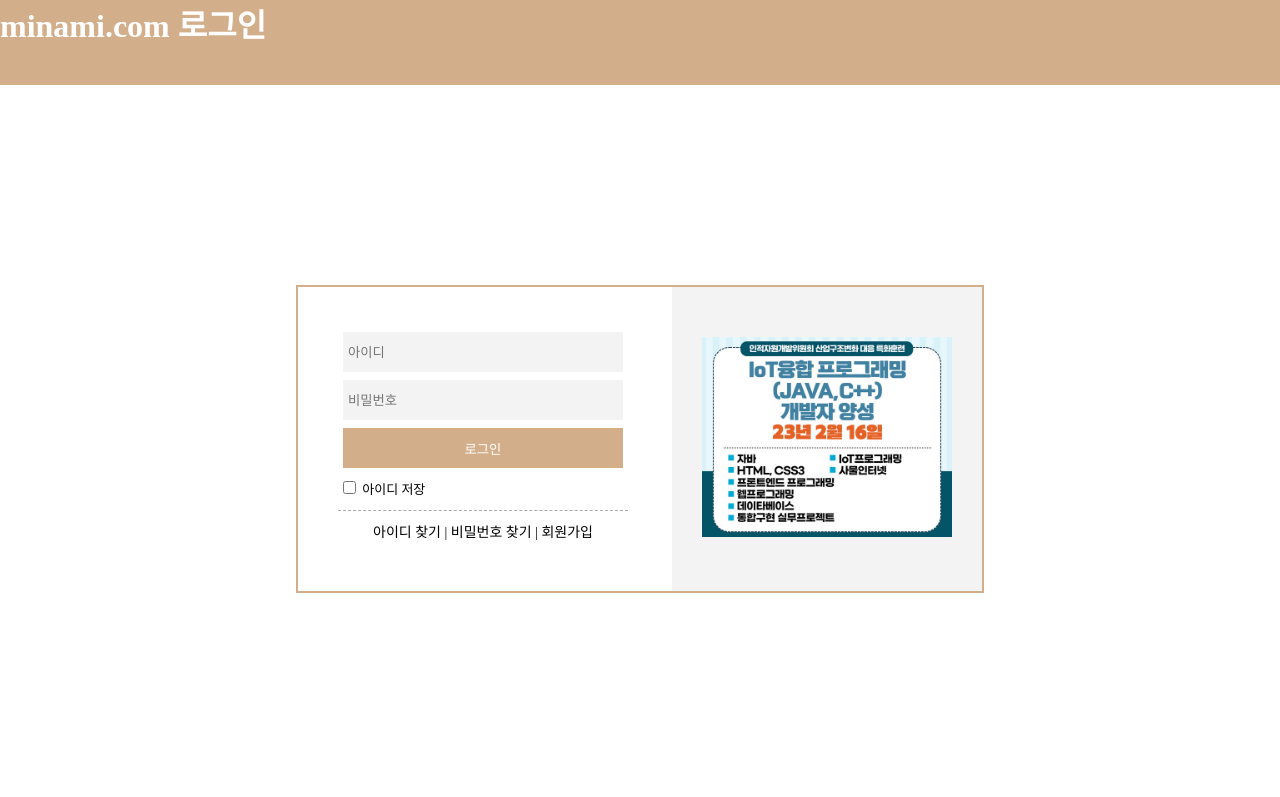
Repository: Minami0717/JSP_Study
Page: http://localhost/JSP_Gall/jsp/loginForm.jsp
The author's editor kept a copy of each file at every save. The page is drawn from the files as they stood at one save, then again after the next save.
The browser window is 1280 px wide. The pictures show the whole page.
The page is served by Tomcat 9. Other server files are loaded and not shown.

Above is the page before, as saved 2023-02-15 07:04:08.

### JSP_Gall/src/main/webapp/jsp/loginForm.jsp
<%@ page language="java" contentType="text/html; charset=UTF-8"
    pageEncoding="UTF-8"%>
<!DOCTYPE html>
<%
	String url = request.getParameter("url");
%>
<html>
<head>
<meta charset="UTF-8">
<title>Insert title here</title>
<style>
	* {margin: 0; padding: 0;}
	header {background: #d2af8a; height: 85px;}
	header a {color: white;}
	header a:hover {text-decoration: none;}
	div[align=center] {display: inline-block; border: 2px solid #d2af8a; margin: 200px auto; font-size: 13px; width: 684px;}
	div[align=center] > div {float: right; background: #f3f3f3; padding: 50px 30px;}
	form {float: left; padding: 40px;}
	form div {border-top: 1px dashed #aaa; padding: 10px 0; font-size: 14px;}
	body {text-align: center;}
	input {margin: 3px;}
	.input {width: 270px; height: 40px; background: #f3f3f3; border: none; padding: 0 5px;}
	#login {width: 280px; height: 40px; background-color: #d2af8a;
	color: white; border: none; cursor: pointer;}
	.button {height: 30px;}
	a {text-decoration: none; color: black;}
	a:hover {text-decoration: underline;}
	img {width: 250px;}
	table tr:last-child td {padding: 5px 0 10px;}
</style>
</head>
<body>
	<header>
		<h1 align=left><a href=main.jsp>minami.com</a> <a href=>로그인</a></h1>
	</header>
	<div align=center>
		<form action="checkID.jsp?url=<%= url %>" method=post>
			<table>
				<tr>
					<td><input type=text placeholder="아이디" class=input name=code></td>
				</tr>
				<tr>
					<td><input type=password placeholder="비밀번호" class=input name=pw></td>
				</tr>
				<tr>
					<td><input type=submit value=로그인 id=login></td>
				</tr>
				<tr>
					<td><input type="checkbox"> 아이디 저장</td>
				</tr>
			</table>
			<div>
				<a href=#>아이디 찾기</a> | <a href=#>비밀번호 찾기</a> | <a href=joinForm.jsp>회원가입</a>
			</div>
		</form>
		<div>
			<a href=http://www.kcd.or.kr><img src=image/banner1.png></a>
		</div>
	</div>
</body>
</html>

After the next save:
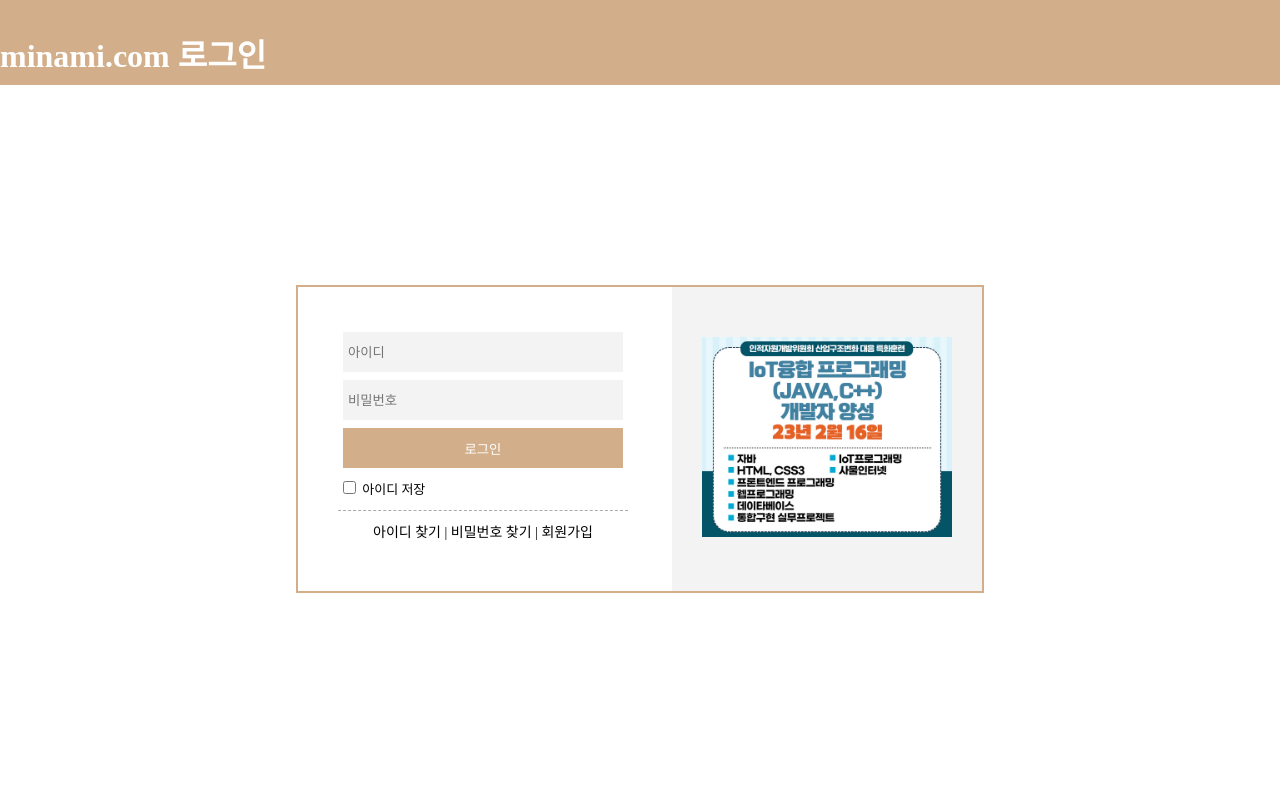
Saved 57 s later.
--- a/JSP_Gall/src/main/webapp/jsp/loginForm.jsp
+++ b/JSP_Gall/src/main/webapp/jsp/loginForm.jsp
@@ -13,6 +13,7 @@
 	header {background: #d2af8a; height: 85px;}
 	header a {color: white;}
 	header a:hover {text-decoration: none;}
+	h1 {position: absolute; top: 30px;}
 	div[align=center] {display: inline-block; border: 2px solid #d2af8a; margin: 200px auto; font-size: 13px; width: 684px;}
 	div[align=center] > div {float: right; background: #f3f3f3; padding: 50px 30px;}
 	form {float: left; padding: 40px;}
